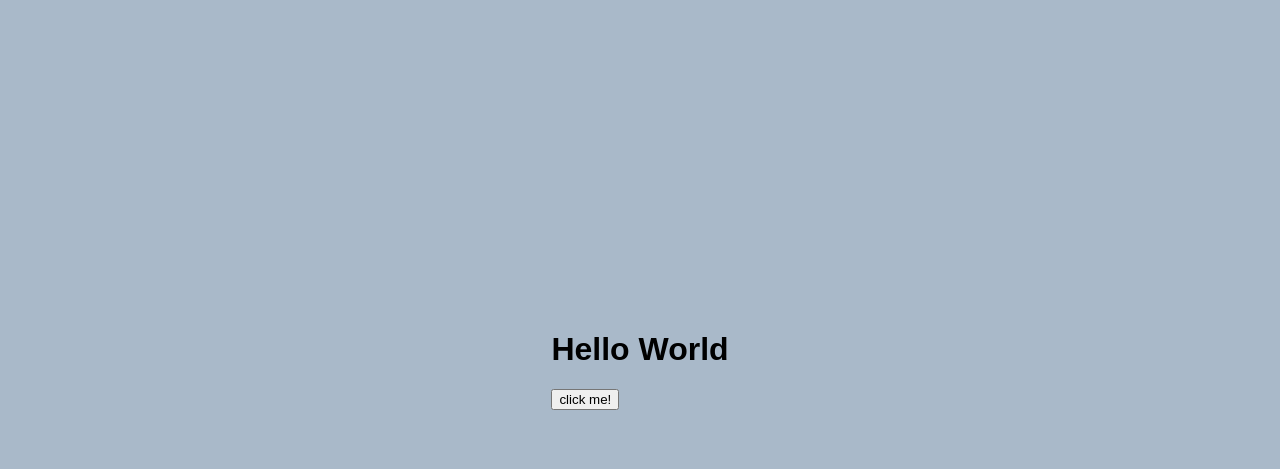
Repository: MarwaJacob/kaproject
Page: index.html
These files come from the project's save history. The page is drawn as it stood at one moment and after the next save; the edit follows.
The browser window is 1280 px wide. The pictures show the whole page.

Above is the page before, as saved 2025-10-22 22:11:07.

### index.html
<!DOCTYPE html>
<html lang="en">
<head>
    <meta charset="UTF-8">
    <meta name="viewport" content="width=device-width, initial-scale=1.0">
    <title>hello name project</title>
    <link rel="stylesheet" href="style.css">
</head>
<body>

    <div class="container">
        <h1>Hello <span id="updateContent">World</span></h1>
        <button>click me!</button>

    </div>










    <script src="script.js"></script>

</body>
</html>

### style.css
body{
    padding: 0;
    margin: 0;
    font-family: sans-serif;
    justify-content: center;
    height: 100vh;
    align-items: center;
    display: flex;
    background-color: #a9b9c9;
}

Loaded but not shown: script.js (no stored copy; drawn as an empty file)

After the next save:
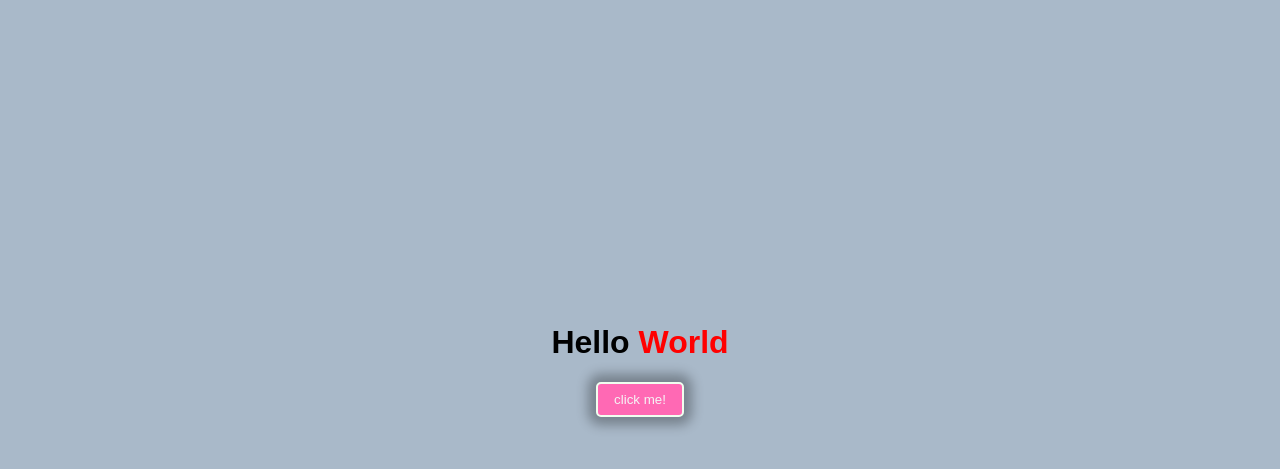
Saved 19 min 1 s later.
--- a/style.css
+++ b/style.css
@@ -8,3 +8,24 @@ body{
     display: flex;
     background-color: #a9b9c9;
 }
+.container{
+    text-align: center;
+}
+span{
+    color:red;
+}
+button{
+    background-color:hotpink;
+    color:whitesmoke;
+    padding: 0.5rem 1rem;
+    border: 2px solid honeydew;
+    box-shadow: 0 0 12px 8px rgba(0, 0, 0, 0.3);
+    cursor: pointer;
+    border-radius: 5px;
+    transition: background-color 0.3s;
+}
+button:hover{
+    background-color:#6c717d;
+    color:#f0f0f0;
+
+}
